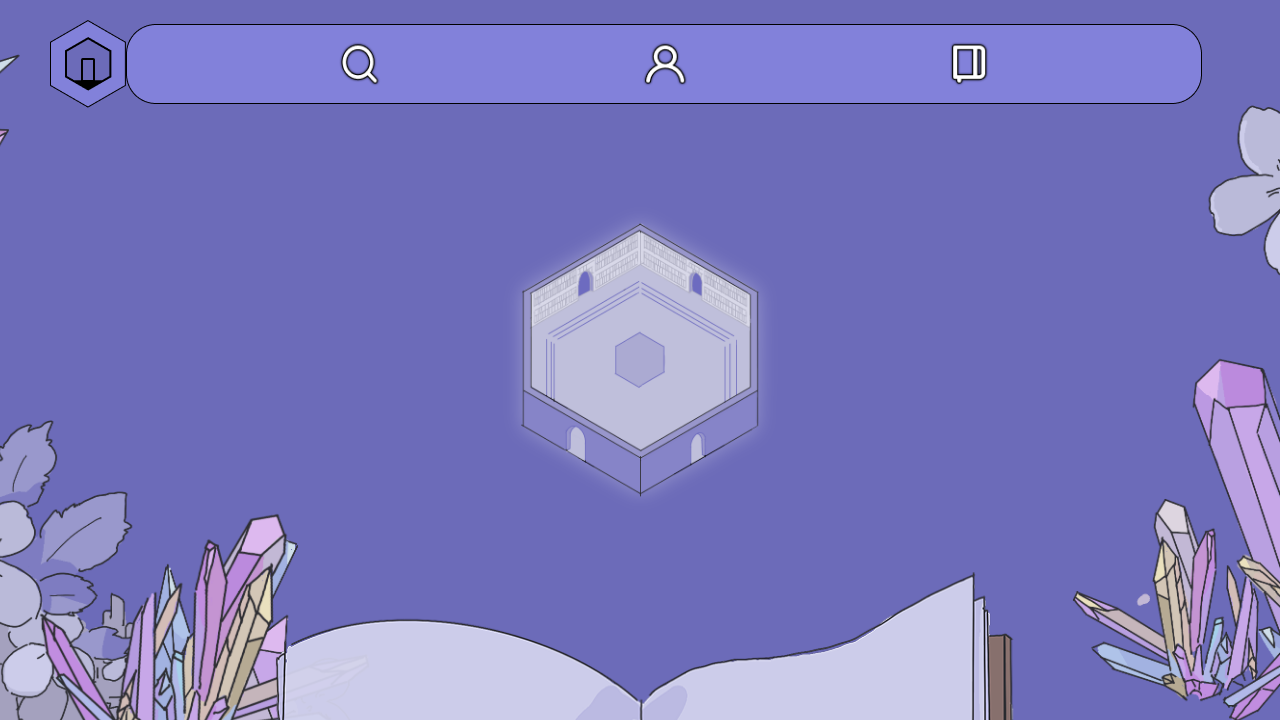
Repository: carolmmc/BabelLibrary
Page: find.html
The author's editor kept a copy of each file at every save. The page is drawn from the files as they stood at one save, then again after the next save.
The browser window is 1280 px wide. The pictures show the window.
A layer covers the whole window, so only the first screen is drawn.

Above is the page before, as saved 2025-05-08 11:26:38.

After the next save:
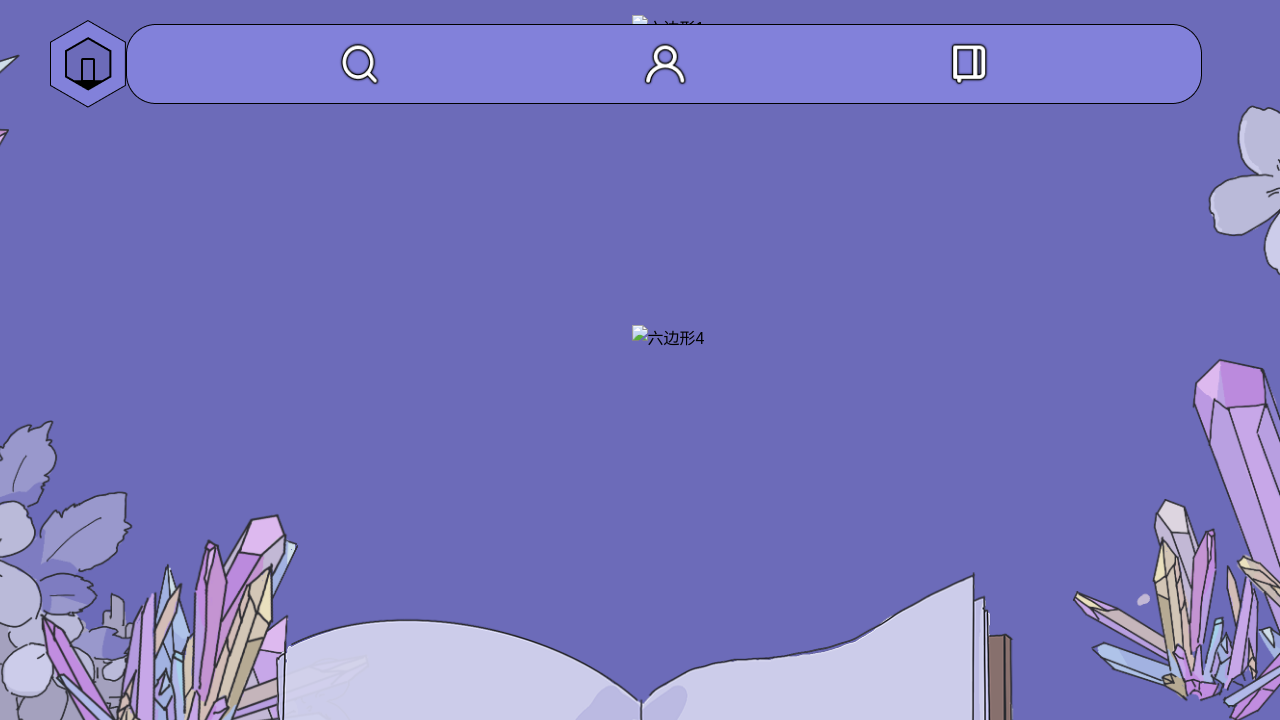
Not found: hexagon1.png
Not found: hexagon2.png
Not found: hexagon3.png
Saved 16 min 23 s later.
--- a/find.html
+++ b/find.html
@@ -157,6 +157,76 @@
                 opacity: 1;
                 transform: translateX(-50%) scale(1.02);
             }
+        }
+
+        /* 添加图片网格容器样式 */
+        .hexagon-grid {
+            display: grid;
+            grid-template-columns: repeat(3, 1fr);
+            gap: 10px;
+            padding: 20px;
+            max-width: 2400px;
+            margin: 0 auto;
+            position: relative;
+            z-index: 3;
+        }
+
+        /* 六边形按钮通用样式 */
+        .hex-button {
+            position: relative;
+            cursor: pointer;
+            transition: all 0.3s ease;
+            overflow: hidden;
+        }
+
+        .hex-button:hover {
+            transform: scale(1.05);
+            filter: brightness(1.2);
+        }
+
+        /* 各个六边形的具体样式 */
+        .hex1 {
+            width: 776px;
+            height: 299px;
+            aspect-ratio: 776/299;
+        }
+
+        .hex2 {
+            width: 775px;
+            height: 300px;
+            aspect-ratio: 31/12;
+        }
+
+        .hex3 {
+            width: 775px;
+            height: 193px;
+            aspect-ratio: 775/193;
+        }
+
+        .hex4 {
+            width: 776px;
+            height: 193px;
+            aspect-ratio: 776/193;
+        }
+
+        .hex5 {
+            width: 777px;
+            height: 380px;
+            aspect-ratio: 777/380;
+        }
+
+        .hex6 {
+            width: 779px;
+            height: 380px;
+            aspect-ratio: 41/20;
+        }
+
+        /* 图片样式 */
+        .hex-img {
+            width: 100%;
+            height: 100%;
+            object-fit: cover;
+            transition: transform 0.3s ease;
         }
     </style>
 </head>
@@ -176,10 +246,44 @@
 
     <div class="content-center">
         <div class="find-image-container">
-            <img src="find1.png" alt="查找" class="find-main-image">
+            <div class="hexagon-grid">
+                <div class="hex-button hex1">
+                    <img src="hexagon1.png" alt="六边形1" class="hex-img">
+                </div>
+                <div class="hex-button hex2">
+                    <img src="hexagon2.png" alt="六边形2" class="hex-img">
+                </div>
+                <div class="hex-button hex3">
+                    <img src="hexagon3.png" alt="六边形3" class="hex-img">
+                </div>
+                <div class="hex-button hex4">
+                    <img src="hexagon4.png" alt="六边形4" class="hex-img">
+                </div>
+                <div class="hex-button hex5">
+                    <img src="hexagon5.png" alt="六边形5" class="hex-img">
+                </div>
+                <div class="hex-button hex6">
+                    <img src="hexagon6.png" alt="六边形6" class="hex-img">
+                </div>
+            </div>
         </div>
     </div>
     <div class="bottom-decoration"></div>
     <div class="decoration-frame2"></div>
+
+    <script>
+        document.querySelectorAll('.hex-button').forEach((button, index) => {
+            button.addEventListener('click', () => {
+                // 点击动画效果
+                button.style.transform = 'scale(0.95)';
+                setTimeout(() => {
+                    button.style.transform = 'scale(1)';
+                }, 200);
+
+                // 这里可以添加点击后的交互逻辑
+                console.log(`点击了第${index + 1}个六边形`);
+            });
+        });
+    </script>
 </body>
 </html>
